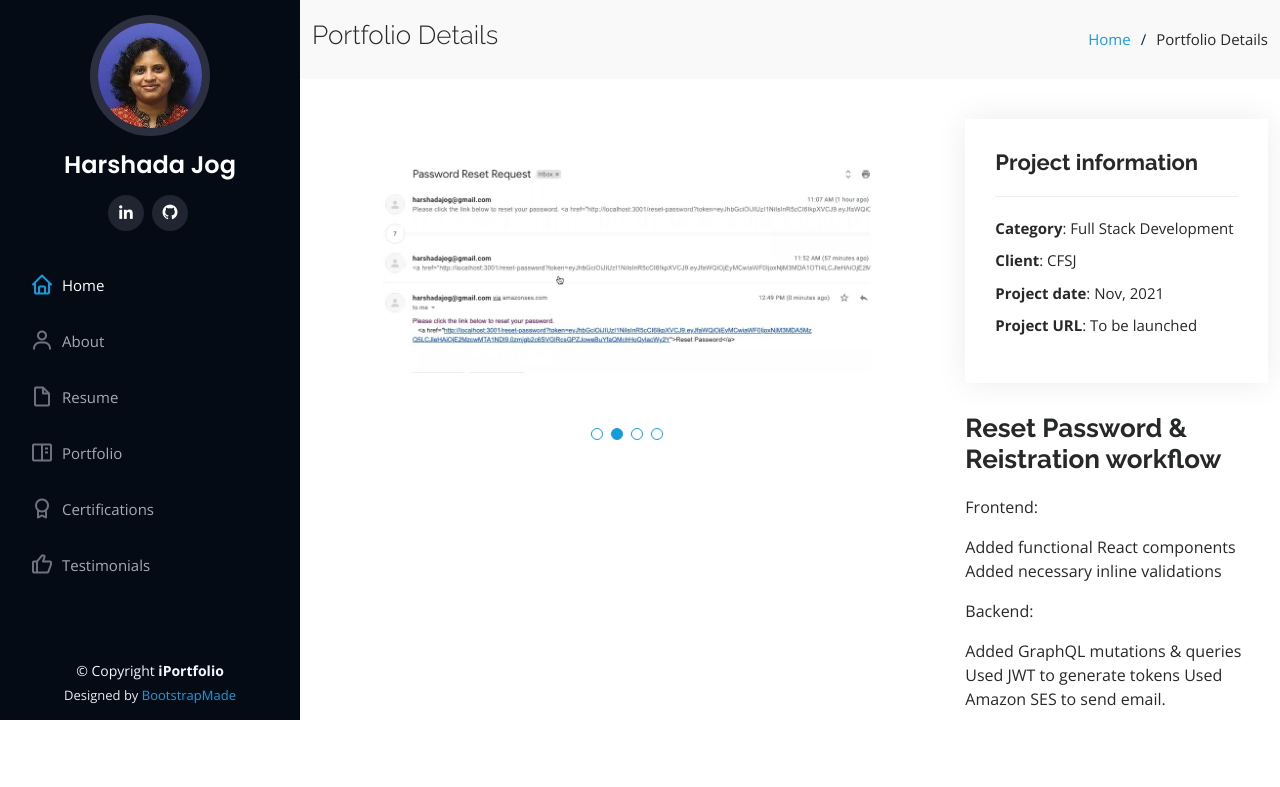
Repository: harshadajog/harshadajog.github.io
Page: cfsj-details.html
These files come from the project's save history. The page is drawn as it stood at one moment and after the next save; the edit follows.
The browser window is 1280 px wide. The pictures show the whole page.

Above is the page before, as saved 2021-11-22 22:23:44.

### cfsj-details.html
<!DOCTYPE html>
<html lang="en">

<head>
  <meta charset="utf-8">
  <meta content="width=device-width, initial-scale=1.0" name="viewport">

  <title>Harshada Jog Portfolio</title>
  <meta content="" name="description">
  <meta content="" name="keywords">

  <!-- Google Fonts -->
  <link href="https://fonts.googleapis.com/css?family=Open+Sans:300,300i,400,400i,600,600i,700,700i|Raleway:300,300i,400,400i,500,500i,600,600i,700,700i|Poppins:300,300i,400,400i,500,500i,600,600i,700,700i" rel="stylesheet">

  <!-- Vendor CSS Files -->
  <link href="assets/vendor/aos/aos.css" rel="stylesheet">
  <link href="assets/vendor/bootstrap/css/bootstrap.min.css" rel="stylesheet">
  <link href="assets/vendor/bootstrap-icons/bootstrap-icons.css" rel="stylesheet">
  <link href="assets/vendor/boxicons/css/boxicons.min.css" rel="stylesheet">
  <link href="assets/vendor/glightbox/css/glightbox.min.css" rel="stylesheet">
  <link href="assets/vendor/swiper/swiper-bundle.min.css" rel="stylesheet">

  <!-- Template Main CSS File -->
  <link href="assets/css/style.css" rel="stylesheet">

  <!-- =======================================================
  * Template Name: iPortfolio - v3.2.0
  * Template URL: https://bootstrapmade.com/iportfolio-bootstrap-portfolio-websites-template/
  * Author: BootstrapMade.com
  * License: https://bootstrapmade.com/license/
  ======================================================== -->
</head>

<body>

  <!-- ======= Mobile nav toggle button ======= -->
  <i class="bi bi-list mobile-nav-toggle d-xl-none"></i>

  <!-- ======= Header ======= -->
  <header id="header">
    <div class="d-flex flex-column">

      <div class="profile">
        <img src="assets/img/profile_pic.jpg" alt="" class="img-fluid rounded-circle">
        <h1 class="text-light text-center"><a href="index.html">Harshada Jog</a></h1>
        <div class="social-links mt-3 text-center">
          <a href="https://www.linkedin.com/in/harshada-jog-8137a02/" class="linkedin"><i class="bx bxl-linkedin"></i></a>
          <a href="https://github.com/harshadajog" class="github"><i class="bx bxl-github"></i></a>
        </div>
      </div>

      <nav id="navbar" class="nav-menu navbar">
        <ul>
          <li><a href="index.html" class="nav-link scrollto active"><i class="bx bx-home"></i> <span>Home</span></a></li>
          <li><a href="index.html#about" class="nav-link scrollto"><i class="bx bx-user"></i> <span>About</span></a></li>
          <li><a href="index.html#resume" class="nav-link scrollto"><i class="bx bx-file-blank"></i> <span>Resume</span></a></li>
         <li><a href="index.html#portfolio" class="nav-link scrollto"><i class="bx bx-book-content"></i> <span>Portfolio</span></a></li>
          <li><a href="index.html#services" class="nav-link scrollto"><i class="bx bx-award"></i> <span>Certifications</span></a></li>
          <li><a href="index.html#testimonials" class="nav-link scrollto"><i class="bx bx-like"></i> <span>Testimonials</span></a></li>
        </ul>
      </nav><!-- .nav-menu -->
    </div>
  </header><!-- End Header -->

  <main id="main">

    <!-- ======= Breadcrumbs ======= -->
    <section id="breadcrumbs" class="breadcrumbs">
      <div class="container">

        <div class="d-flex justify-content-between align-items-center">
          <h2>Portfolio Details</h2>
          <ol>
            <li><a href="index.html">Home</a></li>
            <li>Portfolio Details</li>
          </ol>
        </div>

      </div>
    </section><!-- End Breadcrumbs -->

    <!-- ======= Portfolio Details Section ======= -->
    <section id="portfolio-details" class="portfolio-details">
      <div class="container">

        <div class="row gy-4">

          <div class="col-lg-8">
            <div class="portfolio-details-slider swiper-container">
              <div class="swiper-wrapper align-items-center">

                <div class="swiper-slide">
                  <img src="assets/img/portfolio/reset-password-1.jpg" alt="">
                </div>

                <div class="swiper-slide">
                  <img src="assets/img/portfolio/reset-password-2.jpg" alt="">
                </div>

                <div class="swiper-slide">
                  <img src="assets/img/portfolio/reset-password-3.jpg" alt="">
                </div>

                <div class="swiper-slide">
                    <img src="assets/img/portfolio/reset-password-4.jpg" alt="">
                  </div>

              </div>
              <div class="swiper-pagination"></div>
            </div>
          </div>

          <div class="col-lg-4">
            <div class="portfolio-info">
              <h3>Project information</h3>
              <ul>
                <li><strong>Category</strong>: Full Stack Development</li>
                <li><strong>Client</strong>: CFSJ</li>
                <li><strong>Project date</strong>: Nov, 2021</li>
                <li><strong>Project URL</strong>: To be launched</li>
              </ul>
            </div>
            <div class="portfolio-description">
              <h2>Reset Password & Reistration workflow</h2>
              <p>Frontend:</p>
                <span>Added functional React components </span>
                <p>Added necessary inline validations</p>
                <p>Backend:</p>
                <span>Added GraphQL mutations & queries</span>
                <p>
                <span>Used JWT to generate tokens</span>
                <span>Used Amazon SES to send email.</span></p>
            </div>
          </div>

        </div>

      </div>
    </section><!-- End Portfolio Details Section -->

  </main><!-- End #main -->

  <!-- ======= Footer ======= -->
  <footer id="footer">
    <div class="container">
      <div class="copyright">
        &copy; Copyright <strong><span>iPortfolio</span></strong>
      </div>
      <div class="credits">
        <!-- All the links in the footer should remain intact. -->
        <!-- You can delete the links only if you purchased the pro version. -->
        <!-- Licensing information: https://bootstrapmade.com/license/ -->
        <!-- Purchase the pro version with working PHP/AJAX contact form: https://bootstrapmade.com/iportfolio-bootstrap-portfolio-websites-template/ -->
        Designed by <a href="https://bootstrapmade.com/">BootstrapMade</a>
      </div>
    </div>
  </footer><!-- End  Footer -->

  <a href="#" class="back-to-top d-flex align-items-center justify-content-center"><i class="bi bi-arrow-up-short"></i></a>

  <!-- Vendor JS Files -->
  <script src="assets/vendor/aos/aos.js"></script>
  <script src="assets/vendor/bootstrap/js/bootstrap.bundle.min.js"></script>
  <script src="assets/vendor/glightbox/js/glightbox.min.js"></script>
  <script src="assets/vendor/isotope-layout/isotope.pkgd.min.js"></script>
  <script src="assets/vendor/php-email-form/validate.js"></script>
  <script src="assets/vendor/purecounter/purecounter.js"></script>
  <script src="assets/vendor/swiper/swiper-bundle.min.js"></script>
  <script src="assets/vendor/typed.js/typed.min.js"></script>
  <script src="assets/vendor/waypoints/noframework.waypoints.js"></script>

  <!-- Template Main JS File -->
  <script src="assets/js/main.js"></script>

</body>

</html>

Loaded but not shown: assets/vendor/aos/aos.css (library); assets/vendor/bootstrap/css/bootstrap.min.css (library); assets/vendor/bootstrap-icons/bootstrap-icons.css (library); assets/vendor/boxicons/css/boxicons.min.css (library); assets/vendor/glightbox/css/glightbox.min.css (library); assets/vendor/swiper/swiper-bundle.min.css (library); assets/vendor/aos/aos.js (library); assets/vendor/bootstrap/js/bootstrap.bundle.min.js (library); assets/vendor/glightbox/js/glightbox.min.js (library); assets/vendor/isotope-layout/isotope.pkgd.min.js (library); assets/vendor/php-email-form/validate.js (common file); assets/vendor/purecounter/purecounter.js (library); assets/vendor/swiper/swiper-bundle.min.js (library); assets/vendor/typed.js/typed.min.js (library); assets/vendor/waypoints/noframework.waypoints.js (library); assets/js/main.js (256 lines, source omitted); assets/css/style.css (1172 lines, source omitted)

After the next save:
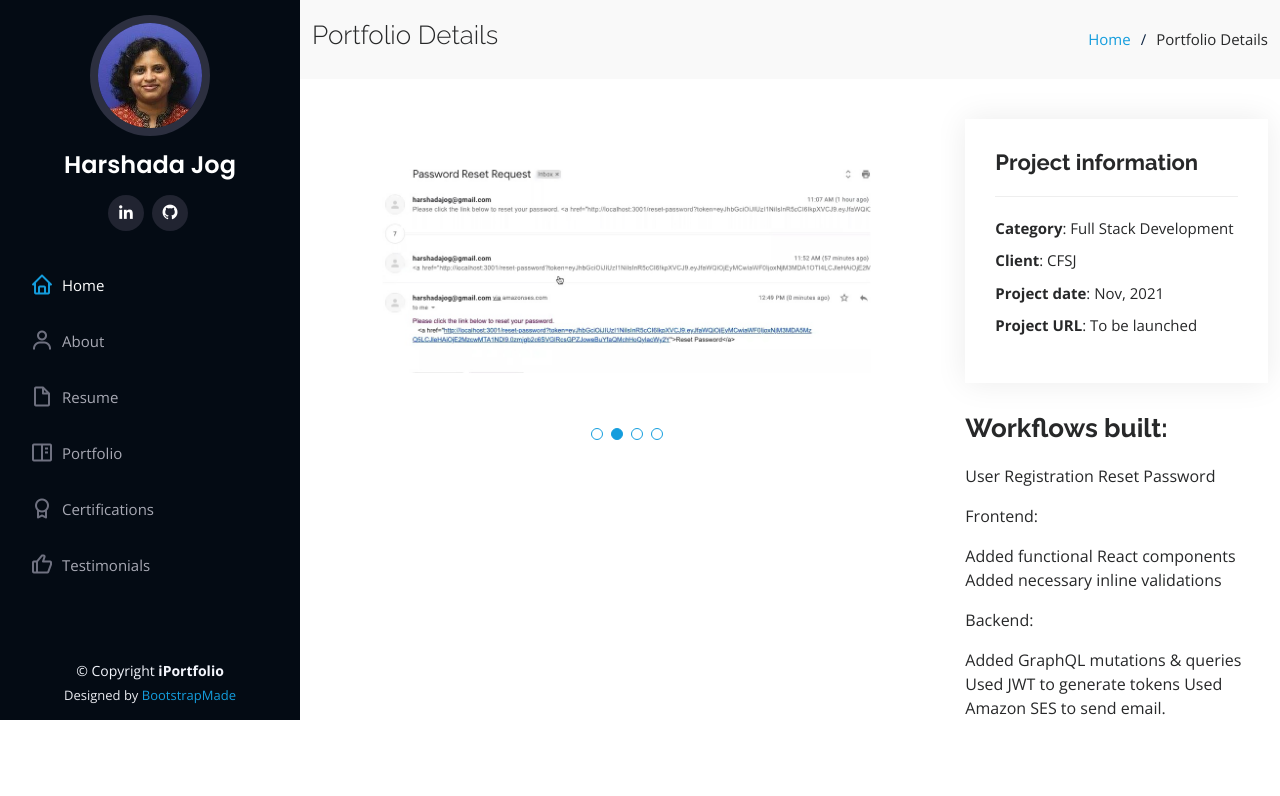
Saved 2 min 10 s later.
--- a/cfsj-details.html
+++ b/cfsj-details.html
@@ -121,7 +121,11 @@
               </ul>
             </div>
             <div class="portfolio-description">
-              <h2>Reset Password & Reistration workflow</h2>
+              <h2>Workflows built:</h2>
+              <p>
+                User Registration
+                Reset Password
+              </p>
               <p>Frontend:</p>
                 <span>Added functional React components </span>
                 <p>Added necessary inline validations</p>
